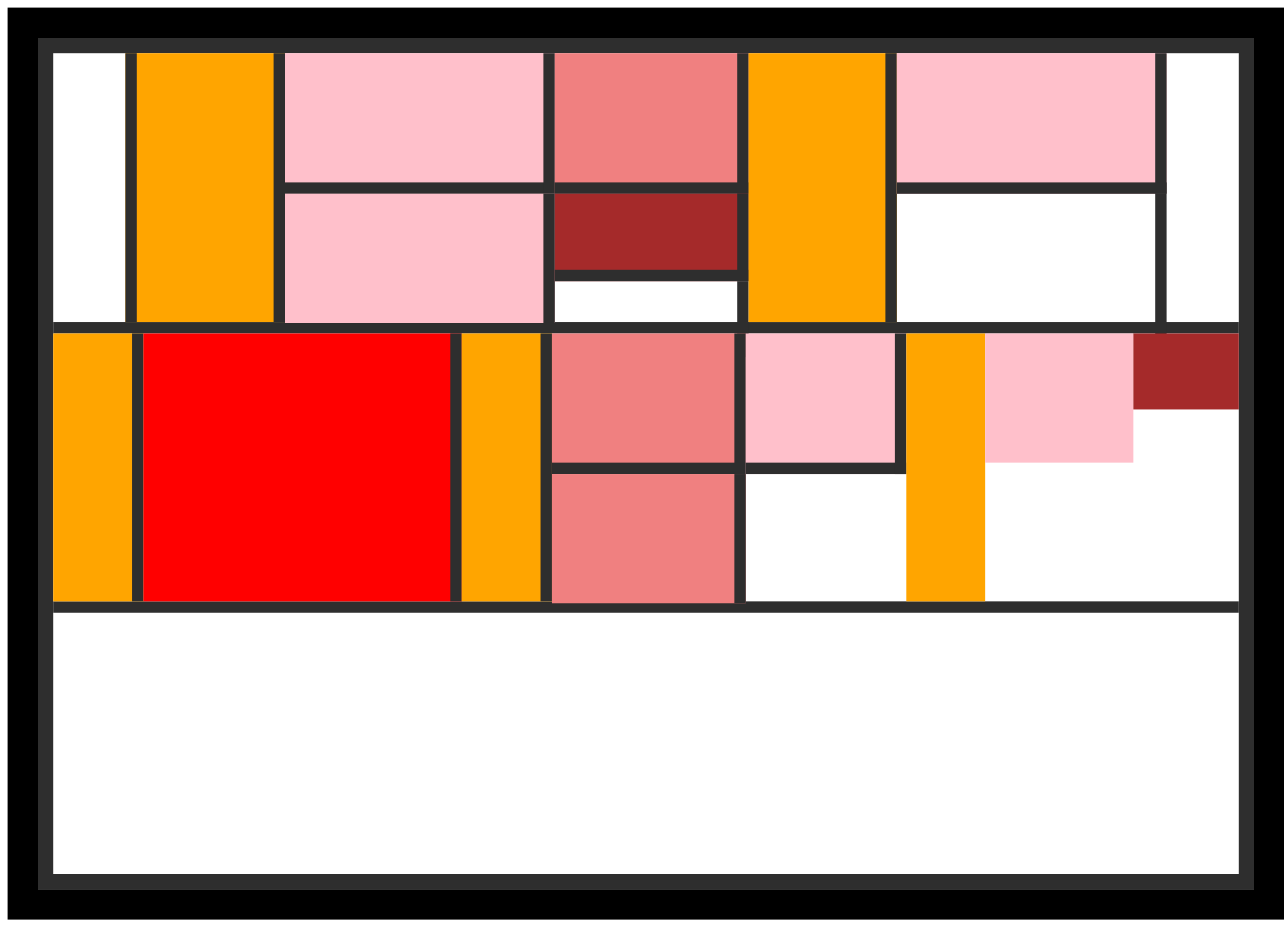
Repository: Tsardines/mondrian
Page: index.html
The author's editor kept a copy of each file at every save. The page is drawn from the files as they stood at one save, then again after the next save.
The browser window is 1280 px wide. The page is 1352 px wide, so the pictures cover 1352 px, including what lies to the right of the window. The pictures show the whole page, at 95% of full size.
Some web fonts or font styles are not loaded; a fallback is used.

Above is the page before, as saved 2019-10-20 17:13:48.

### index.html
<!DOCTYPE html>
<html>
  <head>
    <meta charset="UTF-8">
  <meta http-equiv="X-UA-Compatible" content="IE=edge,chrome=1">
  <meta name="viewport" content="width=device-width,initial-scale=1">
    <title>title</title>
  <meta name="author" content="name">
  <meta name="description" content="description here">
  <meta name="keywords" content="keywords,here">
  <link rel="stylesheet" href="//fonts.googleapis.com/css?family=font1|font2|etc" type="text/css">
  <link rel="stylesheet" href="styles.css" type="text/css">
  </head>
  <body>

    <div id="canvas">
        <div class="grid__container">
            <div class="grid__top">
                <div class="rect--vert" style="border-right: 0.75rem solid rgb(46, 46, 46); border-left: 0.75rem solid rgb(46, 46, 46);"></div>

                <div class="sm__cont">
                    <div class="rect--hori" style="border-bottom: 0.75rem solid rgb(46, 46, 46); border-right: 0.75rem solid rgb(46, 46, 46);"></div>
                    <div class="rect--hori" style="border-right: 0.75rem solid rgb(46, 46, 46);"></div>
                </div>

                <div class="sm__cont">
                    <div class="sq--hori" style="border-bottom: 0.75rem solid rgb(46, 46, 46); border-right: 0.75rem solid rgb(46, 46, 46);"></div>
                    <div class="sq--sm" style="border-bottom: 0.75rem solid rgb(46, 46, 46); border-right: 0.75rem solid rgb(46, 46, 46);"></div>
                    <div class="rect--filler" style="border-right: 0.75rem solid rgb(46, 46, 46); height: 5rem;"></div>
                </div>


                <div class="rect--vert" style="border-right: 0.75rem solid rgb(46, 46, 46);"></div>

                <div class="sm__cont">
                    <div class="rect--hori" style="border-bottom: 0.75rem solid rgb(46, 46, 46); border-right: 0.75rem solid rgb(46, 46, 46);"></div>
                    <div class="rect--filler" style="border-right: 0.75rem solid rgb(46, 46, 46); height: 10rem;"></div>
                </div>


                <!-- <div class="sq"></div> -->
                <!-- <div class="rect--vert"></div> -->

            </div>

            <div class="grid__middle">
                <div class="rect--vert" style="border-right: 0.75rem solid rgb(46, 46, 46);"></div>
                <div class="rect--big" style="border-right: 0.75rem solid rgb(46, 46, 46);"></div>
                    <div class="rect--vert" style="border-right: 0.75rem solid rgb(46, 46, 46);"></div>

                    <div class="sm__cont">
                        <div class="sq--hori" style="border-bottom: 0.75rem solid rgb(46, 46, 46); border-right: 0.75rem solid rgb(46, 46, 46);"></div>
                        <div class="sq--hori" style="border-right: 0.75rem solid rgb(46, 46, 46);"></div>
                    </div>


                    <div class="rect--hori" style="border-bottom: 0.75rem solid rgb(46, 46, 46); border-right: 0.75rem solid rgb(46, 46, 46);"></div>
                    <div class="rect--vert"></div>
                    <div class="rect--hori"></div>
                    <div class="rect--hori--mini"></div>
                    <div class="sq--sm"></div>
            </div>
            <div class="grid__bottom">



            </div>
        </div>
    </div>

  </body>
</html>

### styles.css
#canvas {
    border: 2rem solid black;
    /* display: block; */
    height: 56rem;
    margin: 0 auto;
    width: 80rem;
}

.grid__container {
    border: 1rem solid rgb(46, 46, 46);
    height: 54rem;
}

.grid__top {
    display: flex;
    height: 32.7%;
    justify-content: center;
}

.grid__middle {
    border-bottom: 0.75rem solid rgb(46, 46, 46);
    border-top: 0.75rem solid rgb(46, 46, 46);
    display: flex;
    height: 32.7%;
}

.grid__bottom {
    height: 32.7%;
}

.rect--vert {
    background-color: orange;
    /* border-right: 0.75rem solid rgb(46, 46, 46); */
    height: 100%;
    width: 9rem;
}

.rect--hori {
    background-color: pink;
    /* border-bottom: 0.75rem solid rgb(46, 46, 46);
    border-right: 0.75rem solid rgb(46, 46, 46); */
    height: 8.5rem;
    width: 17rem;
}

.sq--hori {
    background-color: lightcoral;
    /* border-bottom: 0.75rem solid rgb(46, 46, 46);
    border-right: 0.75rem solid rgb(46, 46, 46); */
    height: 8.5rem;
    width: 12rem;
}

.rect--hori--sm {
    background-color: rgb(55, 87, 190);
    /* border-bottom: 0.75rem solid rgb(46, 46, 46);
    border-right: 0.75rem solid rgb(46, 46, 46); */
    height: 8rem;
    width: 12rem;
}

.rect--big {
    background-color: red;
    height: 100%;
    width: 35rem;
}

.sq--sm {
    background-color: brown;
    /* border-bottom: 0.75rem solid rgb(46, 46, 46);
    border-right: 0.75rem solid rgb(46, 46, 46); */
    height: 5rem;
    width: 12rem;
}

/* .rect--filler {
    height: 5rem;
} */

After the next save:
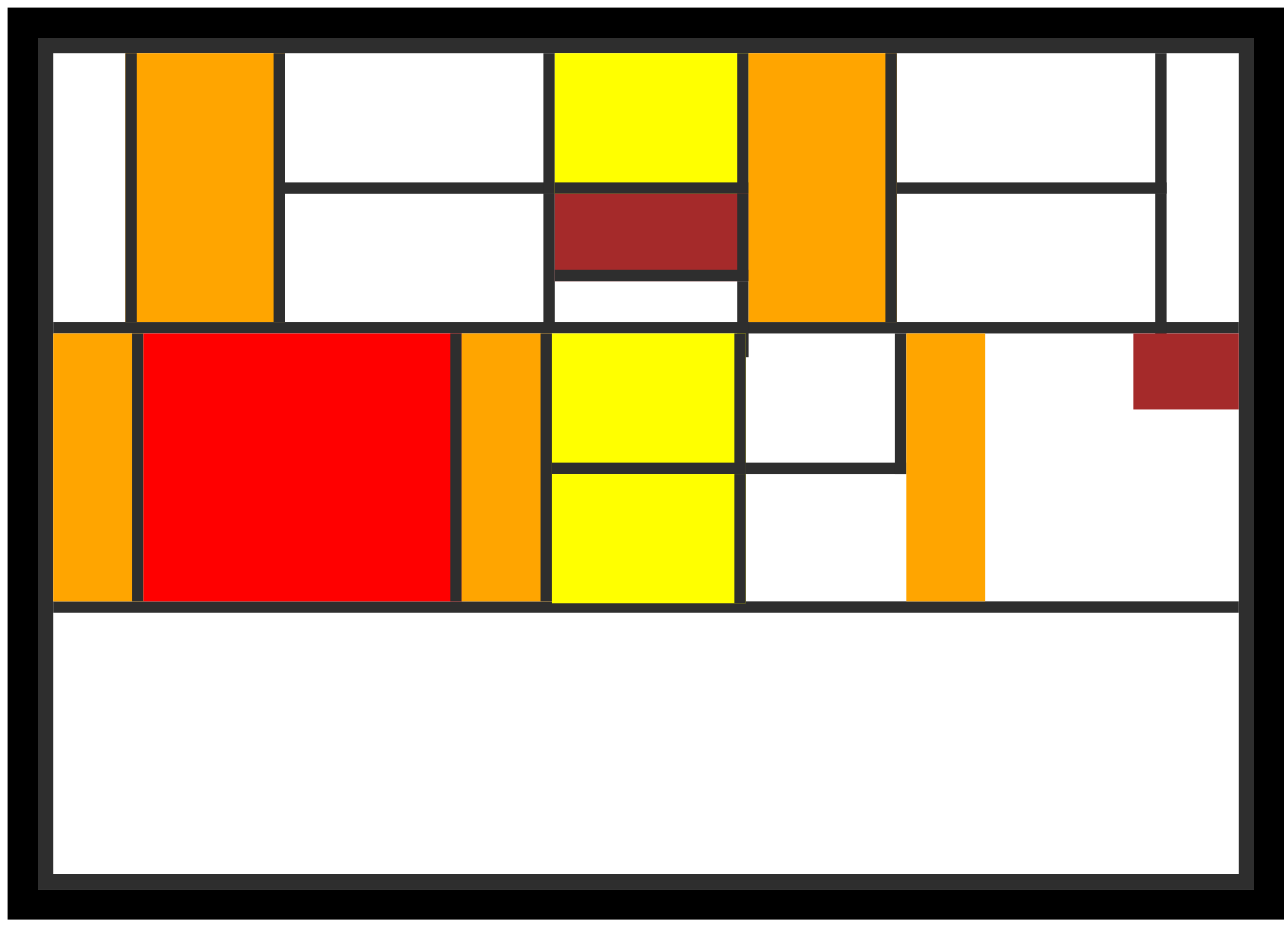
Saved 25 s later.
--- a/styles.css
+++ b/styles.css
@@ -36,7 +36,7 @@
 }
 
 .rect--hori {
-    background-color: pink;
+    /* background-color: pink; */
     /* border-bottom: 0.75rem solid rgb(46, 46, 46);
     border-right: 0.75rem solid rgb(46, 46, 46); */
     height: 8.5rem;
@@ -44,7 +44,7 @@
 }
 
 .sq--hori {
-    background-color: lightcoral;
+    background-color: yellow;
     /* border-bottom: 0.75rem solid rgb(46, 46, 46);
     border-right: 0.75rem solid rgb(46, 46, 46); */
     height: 8.5rem;
